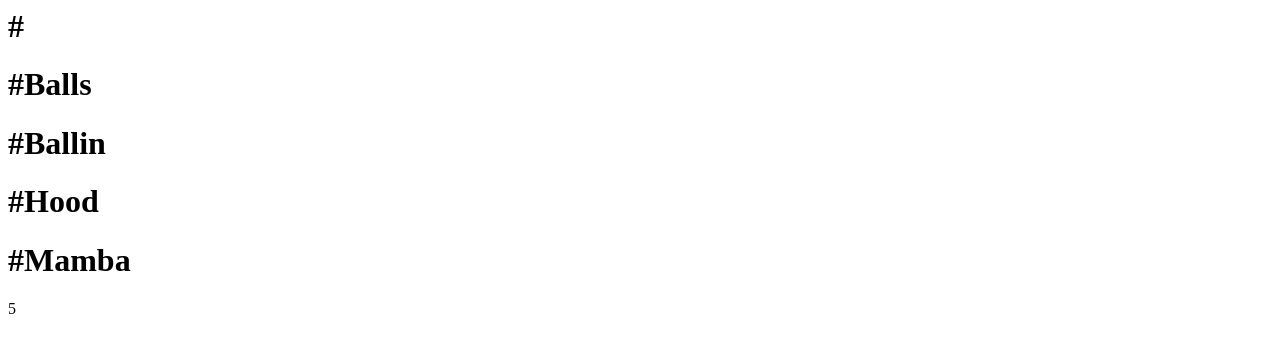
Repository: Anindyait/Tech-Tonic
Page: http://localhost/TechTonic/test.jsp
The author's editor kept a copy of each file at every save. The page is drawn from the files as they stood at one save, then again after the next save.
The browser window is 1280 px wide. The pictures show the whole page.
The page is served by Tomcat 9. Other server files are loaded and not shown.

Above is the page before, as saved 2023-06-09 18:01:38.

### TechTonic/src/main/webapp/test.jsp
<%@ page language="java" contentType="text/html; charset=ISO-8859-1"
    pageEncoding="ISO-8859-1"%>
<%@ taglib uri="http://java.sun.com/jsp/jstl/core" prefix="c" %>
<html>
<head>
<title>Core Tag Example</title>
</head>
<body>
<% String names = ",Balls,,Ballin,,Hood,,Mamba,";%>
<% String[] array =  names.split("[,]+");
for (int i=0;i<array.length;i++){%>
	<h1>#<% out.println(array[i]); %></h1>
	<% } out.println(array.length);%>
</body>
</html>

After the next save:
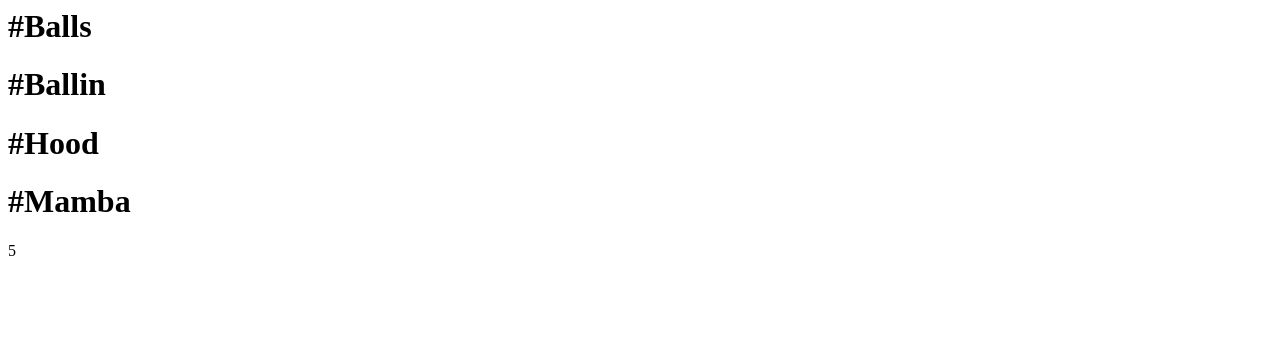
Saved 21 s later.
--- a/TechTonic/src/main/webapp/test.jsp
+++ b/TechTonic/src/main/webapp/test.jsp
@@ -8,7 +8,7 @@
 <body>
 <% String names = ",Balls,,Ballin,,Hood,,Mamba,";%>
 <% String[] array =  names.split("[,]+");
-for (int i=0;i<array.length;i++){%>
+for (int i=1;i<array.length;i++){%>
 	<h1>#<% out.println(array[i]); %></h1>
 	<% } out.println(array.length);%>
 </body>
